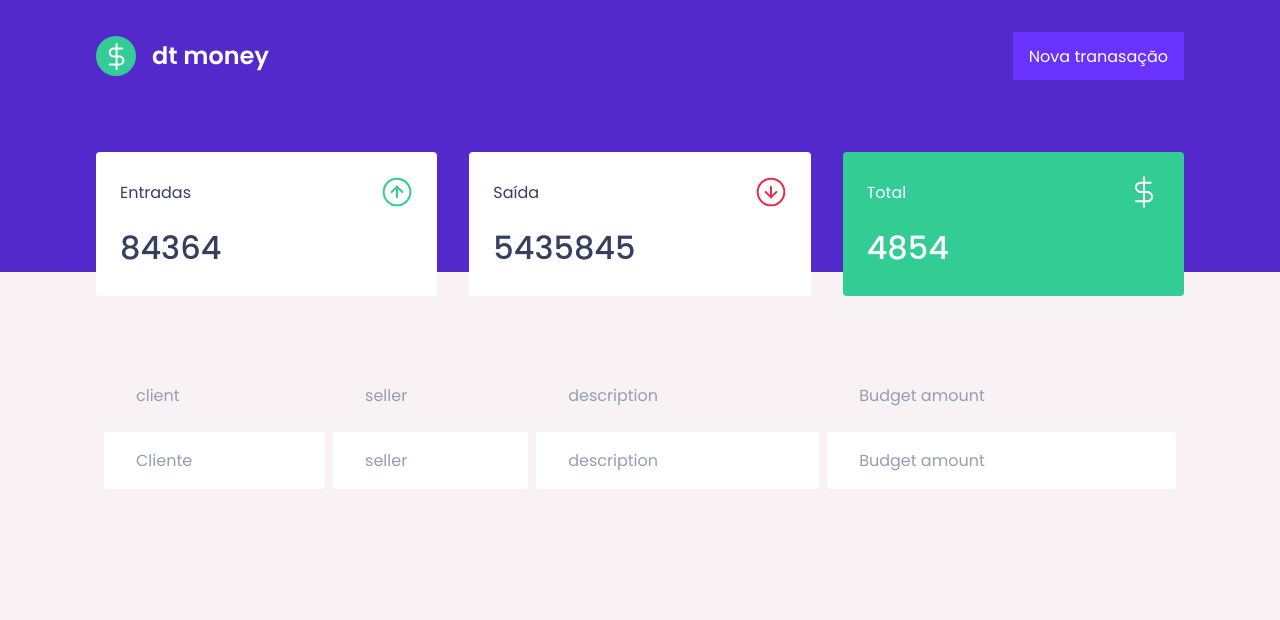
Repository: soualexandre/frentend-botOrcamentos
Page: /
These files come from the project's save history. The page is drawn as it stood at one moment and after a run of saves; the edit follows.
The browser window is 1280 px wide. The pictures show the whole page.
The page's requests for data from a server got no answer. The project was rebuilt for these pictures with package versions that can differ from the ones it lists, and the page was loaded fresh each time. No one was signed in, and anything a server would have sent is missing.

Above is the page before, as saved 2021-07-16 14:52:42.

### public/index.html
<!DOCTYPE html>
<html lang="en">
  <head>
    <link rel="preconnect" href="https://fonts.googleapis.com">
    <link rel="preconnect" href="https://fonts.gstatic.com" crossorigin>
    <meta charset="utf-8" />
    <meta name="viewport" content="width=device-width, initial-scale=1" />
    <link href="https://fonts.googleapis.com/css2?family=Poppins:wght@400;500;600&display=swap" rel="stylesheet">
    <link rel="stylesheet" href="favicon.png" type="image/png">
    <title>DtMoney</title>
  </head>
  <body>
    <noscript>You need to enable JavaScript to run this app.</noscript>
    <div id="root"></div>
  </body>
</html>

### src/App.tsx
import { Dashboard } from './components/Dashboard';
import { Header } from './components/Header';
import { GlobalStyle } from './styles/global'
import Modal from 'react-modal'
import { useState } from 'react';
import {NewTransactionModal} from './components/NewTransactionModal'
Modal.setAppElement('#root');

export function App() {

  const [isNewTransactionModalOpen, setIsNewTransactionModalOpen] = useState(false);

  function hadleOpenNewTransactionModal() {
    setIsNewTransactionModalOpen(true)
  }
  function hadleCloseNewTransactionModal() {
    setIsNewTransactionModalOpen(false)
  }

  return (
    <>
      <Header  onOpenNewTransactionModal={hadleOpenNewTransactionModal}/>
      <Dashboard />
      <NewTransactionModal
      isOpen={isNewTransactionModalOpen}
      onRequestClose={hadleCloseNewTransactionModal}/>
      <GlobalStyle />
    </>
  );
}

### src/components/Dashboard/index.tsx
import { Sumary } from "../Sumary";
import { TransactionsTable } from "../TransactionsTable";
import { Container } from "./styles";


export function Dashboard(){
    return(
       <Container>
          <Sumary/>
          <TransactionsTable/>
       </Container>
    );
}

### src/components/Header/index.tsx
import LogoImg from '../../assets/logo.svg'
import { Container, Content } from './styles'

interface HeaderProps{

    onOpenNewTransactionModal: () => void;
}


export function Header({onOpenNewTransactionModal} :HeaderProps ) {
    return (
        <Container>
            <Content>
                <img src={LogoImg} alt="dtMoney" />
                <button type="button" onClick={onOpenNewTransactionModal}>
                    Nova tranasação
                </button>
            </Content>
        </Container>
    );
}

### src/styles/global.ts
import { createGlobalStyle } from 'styled-components'


export const GlobalStyle = createGlobalStyle`

    :root{
        --background: #f8f2f5;

        --red: #e52e40;
        --blue: #5429cc;
        --green: #33cc95;
        --blue-light: #6933ff;

        --text-title: #363f5f;
        --text-body: #969cb3;

        --shape: #ffffff;

    }

    *{
        margin: 0;
        padding: 0;
        box-sizing: border-box;
    }
    html{
        @media (max-width: 1080px){
            font-size: 93.5%;
        }

    }

    body{
        background: var(--background);
        -webkit-font-smoothing: antialiased;
    }

    body, input, textarea, button{
        font-family: 'Poppins', sans-serif;
        font-weight: 400;
    }

    h1, h2, h3, h4, h5, h6, strong{
        font-weight: 600;
    }

    button{
        cursor: pointer;
    }
    [disable]{
        opacity: 0.6;
        cursor: not-allowed;
    }



    .react-modal-overlay{
        background: rgba(0, 0, 0, 0.3);
        position: fixed;
        top: 0;
        bottom: 0;
        right: 0;
        left: 0;

        display: flex;
        justify-content: center;
        align-items: center;
    }
    .react-modal-content{
        width: 100%;
        max-width: 576px;
        background: var(--background);
        padding: 3rem;
        position: relative;
        border-radius: 0.25rem;
    }
    .react-modal-close{
        position: absolute;
        right: 1.5rem;
        top: 1.5rem;
        border: 0;
        background: transparent;
        transition: filter 0.2s;
        &:hover{
            filter: brightness(0.8);
        }
    }
`;

### src/components/NewTransactionModal/index.tsx
import Modal from 'react-modal'
import closeImg from '../../assets/close.svg'
import { Container, TransactionsTypeContainer } from './styles'
import iconImg from '../../assets/income.svg'
import outcomeImg from '../../assets/outcome.svg'
interface NewTransactionModalProps {
    isOpen: boolean;
    onRequestClose: () => void;
}
export function NewTransactionModal({ isOpen, onRequestClose }: NewTransactionModalProps) {
    return (
        <Modal
            isOpen={isOpen}
            onRequestClose={onRequestClose}
            overlayClassName="react-modal-overlay"
            className="react-modal-content"
        >
            <button
                type="button"
                onClick={onRequestClose}
                className="react-modal-close">
                <img src={closeImg} alt="fechar modal" />
            </button>

            <Container>
                <h2>Cadastrar Transação</h2>
                <input placeholder="Titulo" />


                <input
                    type="Number"
                    placeholder="Valor"
                />

                <TransactionsTypeContainer>
                    <button
                        type="button"
                    >
                        <img src={iconImg} alt="" />
                        <span>Entrada</span>

                    </button>
                    <button
                        type="button"
                    >
                        <img src={outcomeImg} alt="Entrada" />
                        <span>Saída</span>
                    </button>

                </TransactionsTypeContainer>


                <input placeholder="Categoria" />
                <button type="submit">
                    Cadastrar
                </button>


            </Container>

        </Modal>
    );
}

### src/components/Sumary/index.tsx
import { Container } from './styles'
import iconImg from '../../assets/income.svg'
import outcomeImg from '../../assets/outcome.svg'
import totalImg from '../../assets/total.svg'
import { useTransactions } from '../../hooks/useTransactions';

export function Sumary() {
    const { transactions } = useTransactions();



    return (
        <Container>
            <div>
                <header>
                    <p>Entradas</p>
                    <img src={iconImg} alt=" icon" />
                </header>
                <strong>
                 84364
                </strong>
            </div>
            <div>
                <header>
                    <p>Saída</p>
                    <img src={outcomeImg} alt="out icon" />
                </header>
                <strong >
                  5435845
                </strong>
            </div>
            <div className="highlightBackground">
                <header>
                    <p>Total</p>
                    <img src={totalImg} alt="Total icon" />
                </header>
                <strong>
                   4854
                </strong>
            </div>
        </Container >
    );
}

### src/components/transactionsTable/index.tsx
import { useTransactions } from "../../hooks/useTransactions";
import { Container } from './styles'


export function TransactionsTable() {
    const { transactions } = useTransactions();
    return (
        <Container>
            <table>
                <thead>
                    <tr>
                        <th>client</th>
                        <th>seller</th>
                        <th>description</th>
                        <th>Budget amount</th>
                    </tr>
                </thead>
                <tbody>

                    <tr>
                        <td>Cliente</td>
                        <td>
                            seller
                        </td>
                        <td>description</td>
                        <td>
                            Budget amount
                        </td>
                    </tr>
                </tbody>
            </table>
        </Container>
    );
}

### src/components/Dashboard/styles.ts
import styled from 'styled-components'

export const Container = styled.header`
    max-width: 1120PX;
    margin:0 auto;
    padding: 2.5rem 1rem;



`;

### src/components/Header/styles.ts
import styled from 'styled-components'

export const Container = styled.header`
    background: var(--blue);

`;
export const Content = styled.header`
    background: var(--blue);
    max-width: 1120px;
    margin: 0 auto;
    padding: 2rem 1rem 12rem;

    display: flex;
    align-items: center;
    justify-content: space-between;
    button{
        font-size: 1rem;
        color: #fff;
        background: var(--blue-light);
        border: 0;
        padding:0.2rem;
        padding-left: 1rem;
        padding-right: 1rem;
        height: 3rem;

        transition: filter 0.2s;
        &:hover{
            filter: brightness(0.9);
        }

    }
`;

### src/components/NewTransactionModal/styles.ts
import styled from 'styled-components'
import { darken } from 'polished';

export const Container = styled.form`
        h2{
            color: var(--text-title);
            font-size: 1.5rem;
            margin-bottom: 2rem;
        }

        input{
            width: 100%;
            padding: 0 1.5rem;
            height: 4rem;
            border-radius: 0.25rem;
            border: 1px solid #d7d7d7;
            background: #e7e9ee;
            font-weight: 400;
            font-size: 1rem;

            &::placeholder{
                color: vat(--text-body);

            }
            & + input {
                margin-top: 1rem;
            }
        }
        button[type="submit"]{
            width: 100%;
            padding: 0 1.3rem;
            height: 4rem;
            background: var(--green);
            color: #fff;
            border-radius: 0.25rem;
            border: 0;
            font-size: 1rem;
            margin-top: 1.5rem;
            font-weight: 600;
            transition: filter 0.2s;
            &:hover{
                filter: brightness(0.9)
            }
        }


`;

export const TransactionsTypeContainer = styled.div`

        margin: 1rem 0;
        display: grid;
        grid-template-columns: 1fr 1fr;
        gap: 0.5rem;

        button{
            height: 4rem;
            border: 1px solid #d2d2d2;
            border-radius: 0.25rem;

            background: transparent;

            display: flex;
            align-items: center;
            justify-content:center;
            transition: border-color 0.2s;

            &:hover{
                border-color: ${darken(0.2, '#000')};
            }

            img{
                height: 20px;
                width: 20px;
            }
            span{
                display: inline-block;
                margin: 1rem;
                font-size: 1rem;
                color: var(--text-title);
            }
        }
`;

### src/components/Sumary/styles.ts
import styled from 'styled-components'


export const Container = styled.div`
    display: grid;
    grid-template-columns: repeat(3,1fr);
    gap: 2rem;
    margin-top: -10rem;

div{
    background: var(--shape);
    padding: 1.5rem;
    border-radius: 0.25rem;
    color: var(--text-title);

    &.highlightBackground{
        background: #33cc95;
        color: #fff;
    }
    header{
        display: flex;
        align-items: center;
        justify-content: space-between;
    }

    strong{
        display: block;
        margin-top: 1rem;
        font-size: 2rem;
        line-height: 3rem;
        font-weight: 500;
    }

}
`;

### src/components/transactionsTable/styles.ts
import styled from 'styled-components';


export const Container = styled.div`
    margin-top: 4rem;

    table{
        width: 100%;
        border-spacing: 0.5rem;

        th{
            color: var(--text-body);
            font-weight: 400;
            padding: 1rem 2rem;
            text-align: left;
            line-height: 1.5rem;
        }

        td{
            padding: 1rem 2rem;
            border: 0;
            background: var(--shape);
            color: var(--text-body);
            border-radius: 0.25rem;
            &.first-child{
                color: var(--text-title);
            }

            &.deposit{
                color: var(--green)
            }
            &.withdraw{
                color: var(--red)
            }
        }
    }
`;

### src/hooks/useTransactions.tsx
import {createContext, useEffect, useState, ReactNode, useContext} from 'react';
import { api } from "../services/api";


interface Transaction {
    id: number;
    client: string;
    seller: string;
    description: string;
    budget_amount: string;
}
interface TransactionsContextData{
    transactions: Transaction[];
    createTransaction: (transaction:TransactionInput) => Promise<void>;
}

type TransactionInput = Omit<Transaction, 'id' | 'createdAt'>;

interface TrabsactionsProviderProps{
    children: ReactNode;
}
 const TransactionsContext = createContext<TransactionsContextData>(
    {} as TransactionsContextData
    );


export function TransacticionsProvider({children} : TrabsactionsProviderProps){

    const [transactions, setTransactions] = useState<Transaction[]>([]);
    useEffect(() => {
        api.get('budget')
            .then(response => setTransactions(response.data))
    },[])

   async function createTransaction(transactionInput: TransactionInput){
      const response = await api.post('/transactions', {
        ...transactionInput,
        createdAt: new Date(),
    })
      const {transaction} = response.data;

    console.log(transactions)
      setTransactions([
          ...transactions,
          transaction,
      ])
    }

    return (
        <TransactionsContext.Provider value={{transactions, createTransaction}}>
            {children}
        </TransactionsContext.Provider>
    );
}

export function useTransactions(){
    const context = useContext(TransactionsContext);
    return context;
}

### src/services/api.ts
import axios from 'axios';

export const api = axios.create({
    baseURL: 'http://localhost:8000/api',
})

Loaded but not shown: src/index.tsx (common file)

After the next 2 saves:
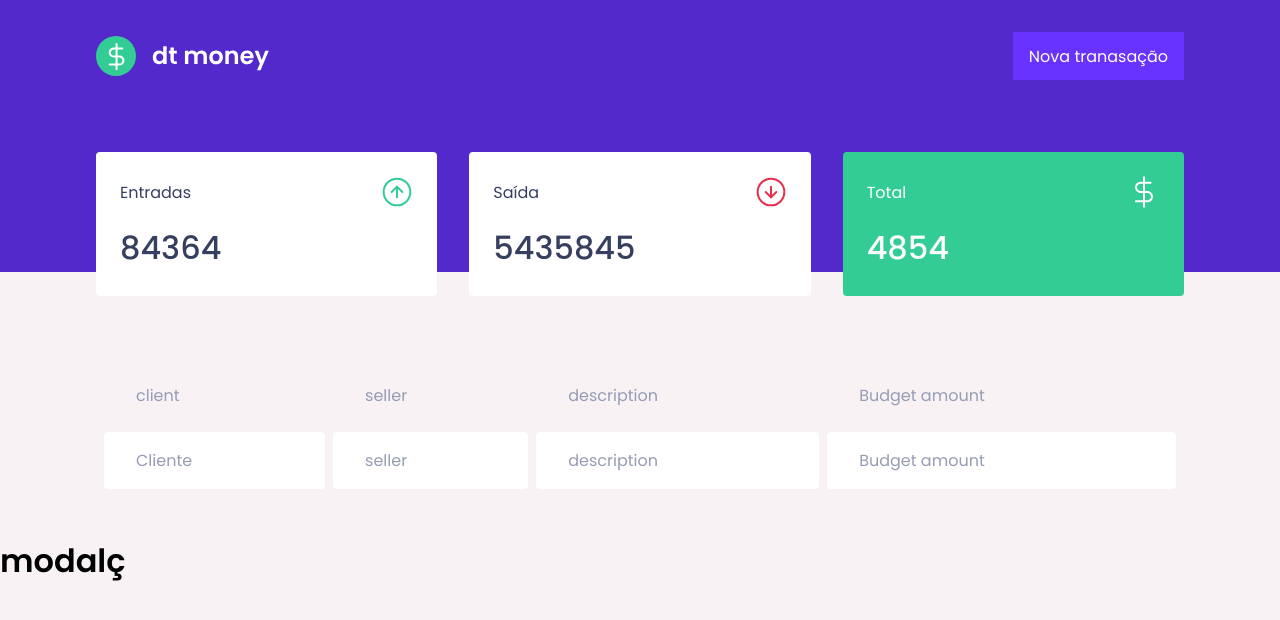
The 2 saves are shown as one change because 1 did not build or start.
The last was saved 3 min 45 s later.
--- a/src/components/NewTransactionModal/index.tsx
+++ b/src/components/NewTransactionModal/index.tsx
@@ -1,63 +1,109 @@
-import Modal from 'react-modal'
-import closeImg from '../../assets/close.svg'
-import { Container, TransactionsTypeContainer } from './styles'
-import iconImg from '../../assets/income.svg'
-import outcomeImg from '../../assets/outcome.svg'
-interface NewTransactionModalProps {
-    isOpen: boolean;
-    onRequestClose: () => void;
-}
-export function NewTransactionModal({ isOpen, onRequestClose }: NewTransactionModalProps) {
-    return (
-        <Modal
-            isOpen={isOpen}
-            onRequestClose={onRequestClose}
-            overlayClassName="react-modal-overlay"
-            className="react-modal-content"
-        >
-            <button
-                type="button"
-                onClick={onRequestClose}
-                className="react-modal-close">
-                <img src={closeImg} alt="fechar modal" />
-            </button>
+// import Modal from 'react-modal'
+// import { FormEvent, useState} from 'react'
+// import { Container, TransactionsTypeContainer, RadioBox } from './styles'
+// import closeImg from '../../assets/close.svg'
+// import iconImg from '../../assets/income.svg'
+// import outcomeImg from '../../assets/outcome.svg'
+// import { useTransactions } from '../../hooks/useTransactions';
 
-            <Container>
-                <h2>Cadastrar Transação</h2>
-                <input placeholder="Titulo" />
+// interface NewTransactionModalProps {
+//     isOpen: boolean;
+//     onRequestClose: () => void;
+// }
 
 
-                <input
-                    type="Number"
-                    placeholder="Valor"
-                />
 
-                <TransactionsTypeContainer>
-                    <button
-                        type="button"
-                    >
-                        <img src={iconImg} alt="" />
-                        <span>Entrada</span>
+// export function NewTransactionModal({ isOpen, onRequestClose }: NewTransactionModalProps) {
+//     const {createTransaction} = useTransactions();
 
-                    </button>
-                    <button
-                        type="button"
-                    >
-                        <img src={outcomeImg} alt="Entrada" />
-                        <span>Saída</span>
-                    </button>
+//     const [type, setType] = useState('deposit');
+//     const [title, setTitle] = useState('');
+//     const [amount, setAmaount] = useState(0);
+//     const [category, setCategory] = useState('');
 
-                </TransactionsTypeContainer>
+//      async function handleCreateNewTransaction(event: FormEvent) {
+//         event.preventDefault();
+//      await createTransaction({
+//           client,
+//           amount,
+//           category,
+//           type,
+//       })
+//       setTitle('');
+//       setType('deposit');
+//       setAmaount(0);
+//       setCategory('');
+//       onRequestClose();
+//     }
+//     return (
+//         <Modal
+//             isOpen={isOpen}
+//             onRequestClose={onRequestClose}
+//             overlayClassName="react-modal-overlay"
+//             className="react-modal-content"
+//         >
+//             <button
+//                 type="button"
+//                 onClick={onRequestClose}
+//                 className="react-modal-close">
+//                 <img src={closeImg} alt="fechar modal" />
+//             </button>
+
+//             <Container onSubmit={handleCreateNewTransaction}>
+//                 <h2>Cadastrar Transação</h2>
+//                 <input
+//                     placeholder="Titulo"
+//                     value={title}
+//                     onChange={event => setTitle(event.target.value)}
+//                 />
+
+//                 <input
+//                     type="number"
+//                     placeholder="Valor"
+//                     onChange={event => setAmaount(Number(event.target.value))}
+//                 />
+//                 <TransactionsTypeContainer>
+//                     <RadioBox
+//                         type="button"
+//                         onClick={() => { setType('deposit'); }}
+//                         isActive={type === 'deposit'}
+//                         activeColor="green"
+//                     >
+//                         <img src={iconImg} alt="" />
+//                         <span>Entrada</span>
+
+//                     </RadioBox>
+//                     <RadioBox
+//                         type="button"
+//                         onClick={() => { setType('withdraw'); }}
+//                         isActive={type === 'withdraw'}
+//                         activeColor="red"
+//                     >
+//                         <img src={outcomeImg} alt="Entrada" />
+//                         <span>Saída</span>
+//                     </RadioBox>
+
+//                 </TransactionsTypeContainer>
 
 
-                <input placeholder="Categoria" />
-                <button type="submit">
-                    Cadastrar
-                </button>
+//                 <input
+//                     placeholder="Categoria"
+//                     value={category}
+//                     onChange={event => setCategory(event.target.value)}
+//                 />
+//                 <button type="submit" >
+//                     Cadastrar
+//                 </button>
 
 
-            </Container>
+//             </Container>
 
-        </Modal>
-    );
+//         </Modal>
+//     );
+// }
+
+export function NewTransactionModal(){
+return(
+    <h1>modalç</h1>
+);
 }

After the save that followed:
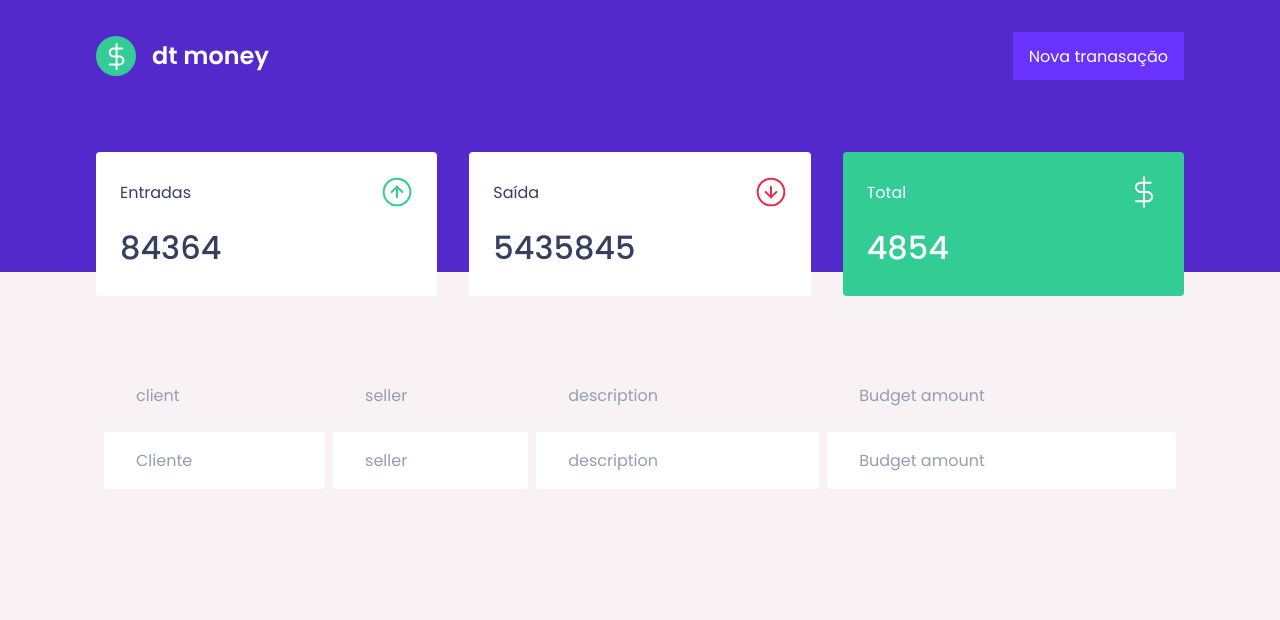
Saved 71 s later.
--- a/src/App.tsx
+++ b/src/App.tsx
@@ -4,6 +4,7 @@
 import Modal from 'react-modal'
 import { useState } from 'react';
 import {NewTransactionModal} from './components/NewTransactionModal'
+import { TransacticionsProvider } from './hooks/useTransactions';
 Modal.setAppElement('#root');
 
 export function App() {
@@ -18,13 +19,13 @@
   }
 
   return (
-    <>
+    <TransacticionsProvider>
       <Header  onOpenNewTransactionModal={hadleOpenNewTransactionModal}/>
       <Dashboard />
-      <NewTransactionModal
+      {/* <NewTransactionModal
       isOpen={isNewTransactionModalOpen}
-      onRequestClose={hadleCloseNewTransactionModal}/>
+      onRequestClose={hadleCloseNewTransactionModal}/> */}
       <GlobalStyle />
-    </>
+    </TransacticionsProvider>
   );
 }
